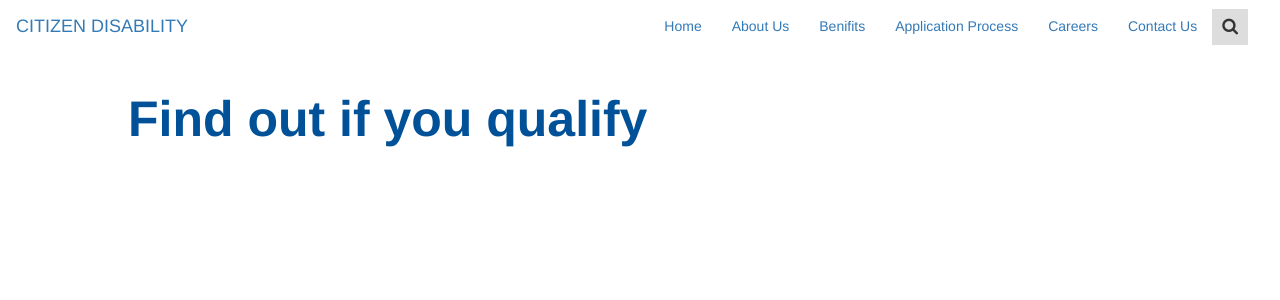
Repository: welcome0605/Embed-html-integrate-with-API
Page: Home2.html
An editor plug-in stored every save of this project. The page is shown before and after the next save, followed by the edit.
The browser window is 1280 px wide. The pictures show the whole page.

Above is the page before, as saved 2019-04-29 15:06:19.

### Home2.html
<!DOCTYPE html>
<html lang="en">
<head>
  <title>CITIZEN DISABILITY</title>
  <meta charset="utf-8">
  <meta name="viewport" content="width=device-width, initial-scale=1">
  <link rel="stylesheet" href="https://maxcdn.bootstrapcdn.com/bootstrap/3.4.0/css/bootstrap.min.css">
  <script src="https://ajax.googleapis.com/ajax/libs/jquery/3.3.1/jquery.min.js"></script>
  <script src="https://maxcdn.bootstrapcdn.com/bootstrap/3.4.0/js/bootstrap.min.js"></script>
  <link rel = "stylesheet" type = "text/css" href = "./css/base2.css" />
  <link rel="stylesheet" href="https://cdnjs.cloudflare.com/ajax/libs/font-awesome/4.7.0/css/font-awesome.min.css">
  <script src="https://ajax.googleapis.com/ajax/libs/jquery/3.3.1/jquery.min.js"></script>
  <script type="text/javascript">

  </script>

</head>
<body>

<nav class="navbar navbar-info">
  <div class="container-fluid">
    <div class="navbar-header">
      <a class="navbar-brand" href="Home.html">CITIZEN DISABILITY</a>
    </div>
    <ul class="nav navbar-nav div_right">
      <li class="active"><a href="Home.html">Home</a></li>
      <li><a href="About Us.html">About Us</a></li>
      <li><a href="Benifits.html">Benifits</a></li>
      <li><a href="Application Process.html">Application Process</a></li>
      <li><a href="Careers.html">Careers</a></li>
      <li><a href="Contact Us.html">Contact Us</a></li>
      <!-- <input type="text" placeholder="Search.." name="search"> -->
      <button type="button"><i class="fa fa-search"></i></button>
    </ul>
  </div>
</nav>

<div class="container">
  <!-- <h3>Basic Navbar Example1</h3>
  <p>A navigation bar is a navigation header that is placed at the top of the page.</p> -->
  <form method="POST">
    <!-- <div class="div_entire"> -->
      <div class="row"><h2 class="title">Find out if you qualify</h2></div>

      <div class="row second_input" >

      </div>




      <!-- <input type="submit" value="Submit"> -->
    <!-- </div> -->
  </form>
</div>

</body>
</html>

### css/base2.css
/* body {
    font-family: 'Open Sans', sans-serif !important;
} */

navbar-default .navbar-nav>.active>a, .navbar-default .navbar-nav>.active>a:focus, .navbar-default .navbar-nav>.active>a:hover {
    background-color: #005197 !important;
    color: white;
}

.navbar-default .navbar-nav>li>a {
    color: black;
    font-size: 20px;
}

.div_right input[type=text] {
    padding: 6px;
    margin-top: 8px;
    font-size: 17px;
    border: none;
}

.div_right button {
    float: right;
    padding: 6px 10px;
    margin-top: 8px;
    margin-right: 16px;
    background: #ddd;
    font-size: 17px;
    border: none;
    cursor: pointer;
}

.div_right {
    float: right;
}

.radio_buttons {
    /* display: inline-flex; */
    margin-bottom:30px;
}

.div_label {
    font-size: 20px;
    /* margin-right: 500px; */
}

.btn-group-toggle {
    display: inline-flex;
}

.radio_q {
    width: 500px;
    margin-right: 20px;
    width: 100px;
    height: 40px;
}

/* .radio_q {
    background: #D2D3D5 !important;
}

.radio_q:active {
    background: #85898C !important;
}

.radio_q::after {
    background: #85898C !important;
} */

.title {
    color: #005197;
    font-weight: 700;
    margin-bottom: 50px;
    font-size: 50px;
}

.container {
    margin: auto 10% auto 10% !important;
    width: 80%;
}

.alert {
    padding: 0 0 0 50px;
    margin-bottom: 0;
}

.btn_sub {
    margin-top: 50px;
    background-color:  #005197 !important;
    width: 250px;
    height: 50px;
}

.alert_req1, .alert_req2, .alert_req3, .alert_req4, .alert_req5, .alert_req6 {
    display: none;
}

After the next save:
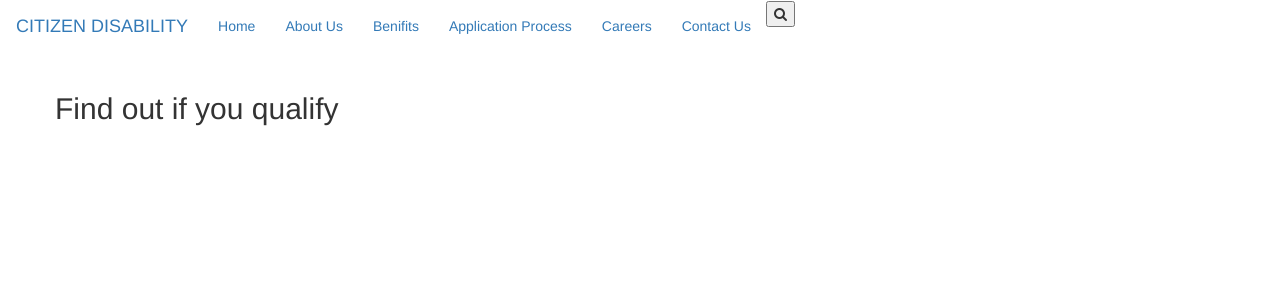
Saved 17 s later.
--- a/css/base2.css
+++ b/css/base2.css
@@ -18,79 +18,3 @@ navbar-default .navbar-nav>.active>a, .navbar-default .navbar-nav>.active>a:focu
     font-size: 17px;
     border: none;
 }
-
-.div_right button {
-    float: right;
-    padding: 6px 10px;
-    margin-top: 8px;
-    margin-right: 16px;
-    background: #ddd;
-    font-size: 17px;
-    border: none;
-    cursor: pointer;
-}
-
-.div_right {
-    float: right;
-}
-
-.radio_buttons {
-    /* display: inline-flex; */
-    margin-bottom:30px;
-}
-
-.div_label {
-    font-size: 20px;
-    /* margin-right: 500px; */
-}
-
-.btn-group-toggle {
-    display: inline-flex;
-}
-
-.radio_q {
-    width: 500px;
-    margin-right: 20px;
-    width: 100px;
-    height: 40px;
-}
-
-/* .radio_q {
-    background: #D2D3D5 !important;
-}
-
-.radio_q:active {
-    background: #85898C !important;
-}
-
-.radio_q::after {
-    background: #85898C !important;
-} */
-
-.title {
-    color: #005197;
-    font-weight: 700;
-    margin-bottom: 50px;
-    font-size: 50px;
-}
-
-.container {
-    margin: auto 10% auto 10% !important;
-    width: 80%;
-}
-
-.alert {
-    padding: 0 0 0 50px;
-    margin-bottom: 0;
-}
-
-.btn_sub {
-    margin-top: 50px;
-    background-color:  #005197 !important;
-    width: 250px;
-    height: 50px;
-}
-
-.alert_req1, .alert_req2, .alert_req3, .alert_req4, .alert_req5, .alert_req6 {
-    display: none;
-}

After the save that followed:
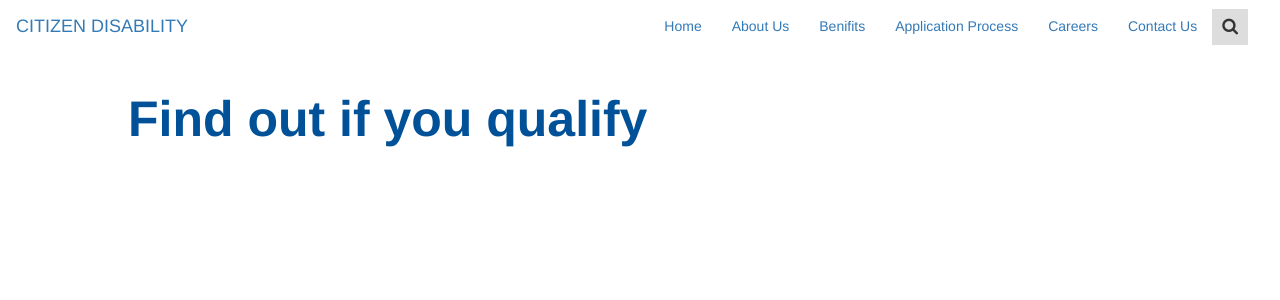
Saved 10 s later.
--- a/css/base2.css
+++ b/css/base2.css
@@ -18,3 +18,79 @@ navbar-default .navbar-nav>.active>a, .navbar-default .navbar-nav>.active>a:focu
     font-size: 17px;
     border: none;
 }
+
+.div_right button {
+    float: right;
+    padding: 6px 10px;
+    margin-top: 8px;
+    margin-right: 16px;
+    background: #ddd;
+    font-size: 17px;
+    border: none;
+    cursor: pointer;
+}
+
+.div_right {
+    float: right;
+}
+
+.radio_buttons {
+    /* display: inline-flex; */
+    margin-bottom:30px;
+}
+
+.div_label {
+    font-size: 20px;
+    /* margin-right: 500px; */
+}
+
+.btn-group-toggle {
+    display: inline-flex;
+}
+
+.radio_q {
+    width: 500px;
+    margin-right: 20px;
+    width: 100px;
+    height: 40px;
+}
+
+/* .radio_q {
+    background: #D2D3D5 !important;
+}
+
+.radio_q:active {
+    background: #85898C !important;
+}
+
+.radio_q::after {
+    background: #85898C !important;
+} */
+
+.title {
+    color: #005197;
+    font-weight: 700;
+    margin-bottom: 50px;
+    font-size: 50px;
+}
+
+.container {
+    margin: auto 10% auto 10% !important;
+    width: 80%;
+}
+
+.alert {
+    padding: 0 0 0 50px;
+    margin-bottom: 0;
+}
+
+.btn_sub {
+    margin-top: 50px;
+    background-color:  #005197 !important;
+    width: 250px;
+    height: 50px;
+}
+
+.alert_req1, .alert_req2, .alert_req3, .alert_req4, .alert_req5, .alert_req6 {
+    display: none;
+}
